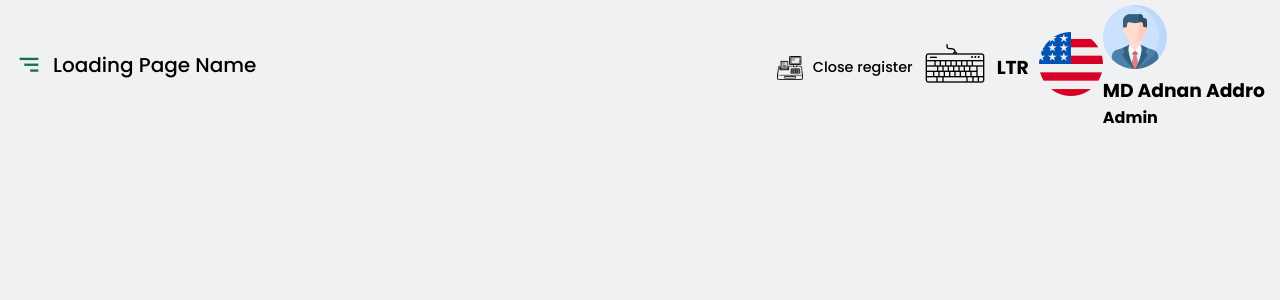
Repository: codebyaddro/pos-navbar
Page: index.html
These files come from the project's save history. The page is drawn as it stood at one moment and after a run of saves; the edit follows.
The browser window is 1280 px wide. The pictures show the whole page.

Above is the page before, as saved 2025-02-13 15:42:53.

After the next 3 saves:
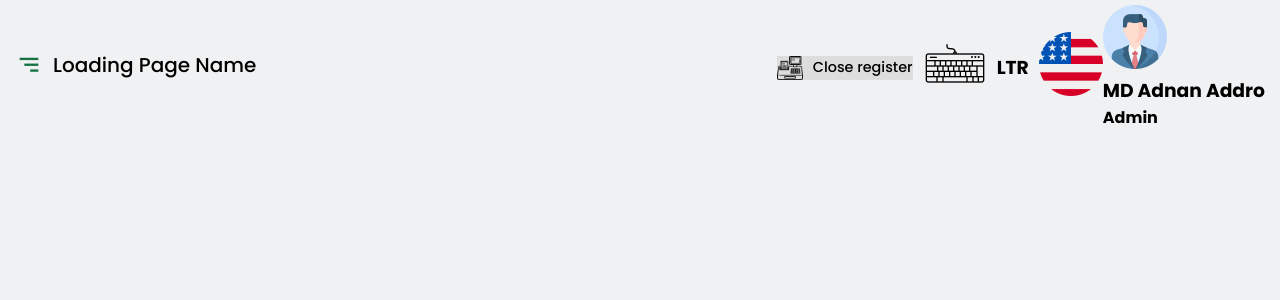
The 3 saves are shown as one change because they came seconds apart.
The last was saved 8 s later.
--- a/css/style.css
+++ b/css/style.css
@@ -97,7 +97,7 @@
     display: flex;
     gap: 10px;
     align-items: center;
-    background-color: ;
+    background-color: var(--gray-black);
     cursor: pointer;
 }
 
